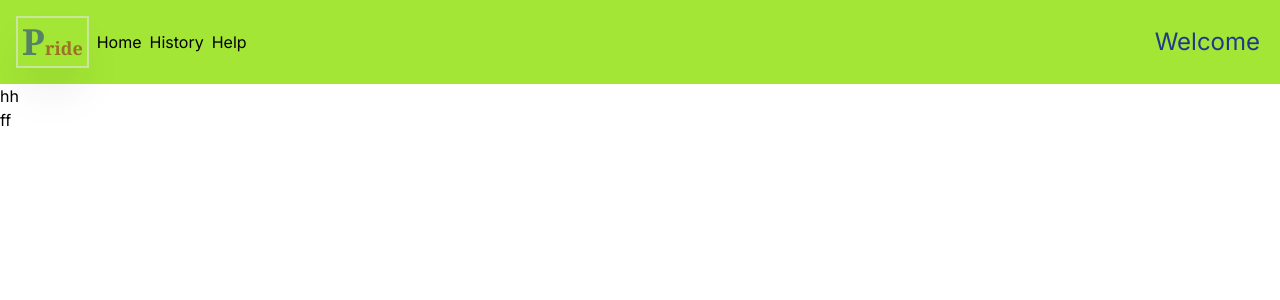
Repository: Semanmernstack/uber-mapbox
Page: /
These files come from the project's save history. The page is drawn as it stood at one moment and after the next save; the edit follows.
The browser window is 1280 px wide. The pictures show the whole page.
The page's requests for data from a server got no answer. The project was rebuilt for these pictures with package versions that can differ from the ones it lists, and the page was loaded fresh each time. Some packages were replaced by stand-ins written for this rebuild. The framework's server and built-in components were replaced by stand-ins that run in the browser. No one was signed in, and anything a server would have sent is missing. Also part of the build but not shown: next.config.js.

Above is the page before, as saved 2023-08-15 06:45:17.

After the next save:
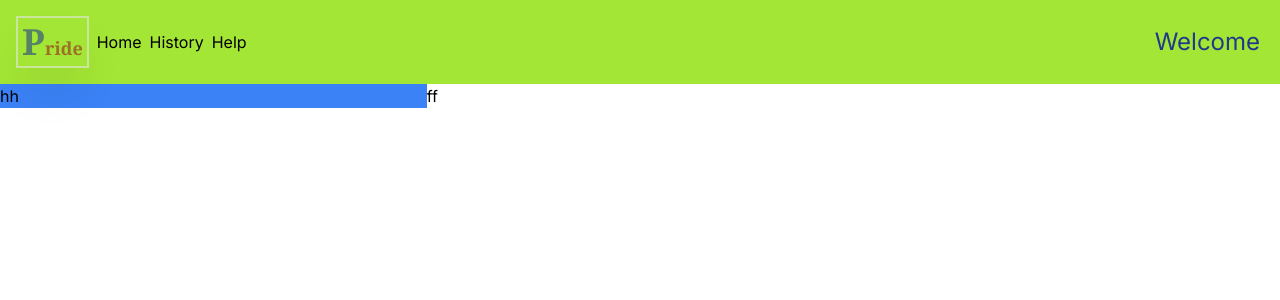
Saved 4 min 54 s later.
--- a/app/page.tsx
+++ b/app/page.tsx
@@ -3,12 +3,14 @@
 export default function Home() {
   return (
     <main className="">
-      <div>
-        <h1>hh</h1>
+      <div className="grid grid-cols-3">
+        <div className="bg-blue-500">
+          <h1>hh</h1>
 
-      </div>
-      <div>
-        <h1>ff</h1>
+        </div>
+        <div className="col-span-2">
+          <h1>ff</h1>
+        </div>
       </div>
     </main>
   )
